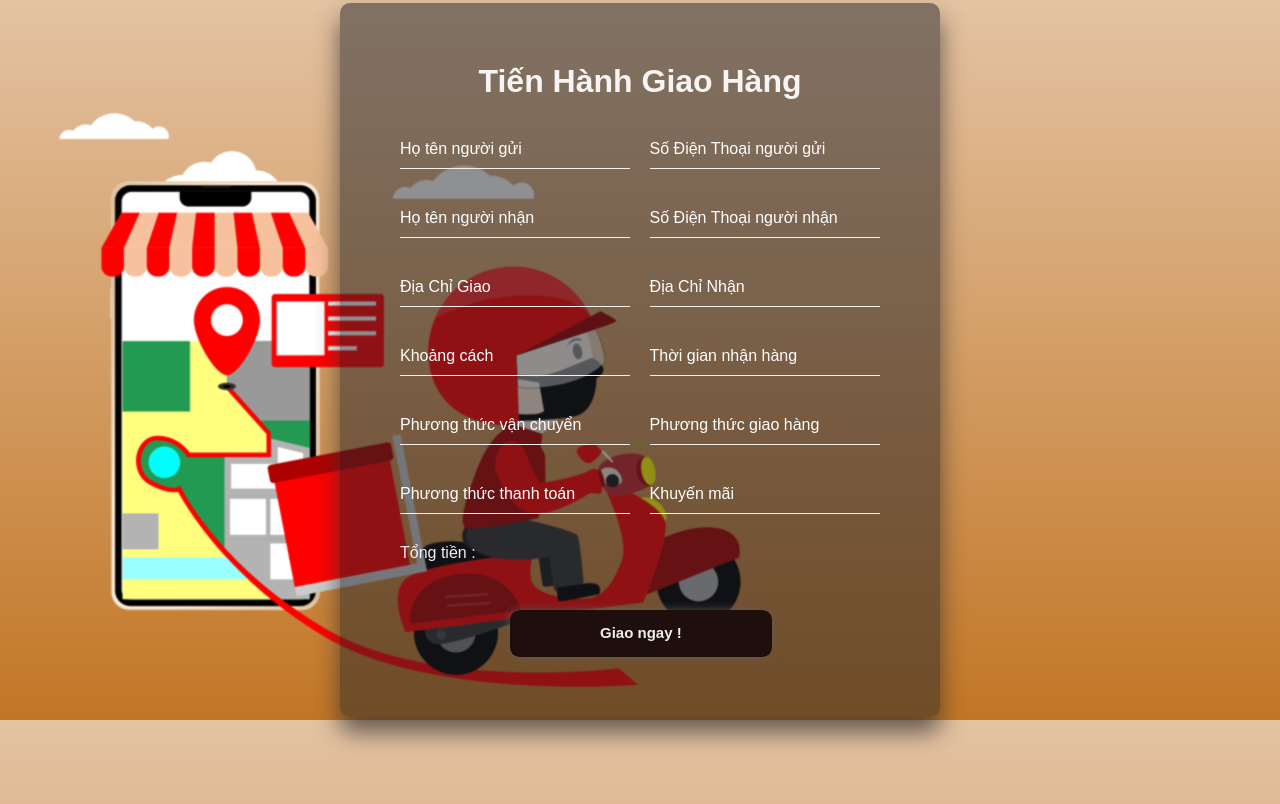
Repository: Pnguyen285/Demo
Page: Giao diện/index.html
An editor plug-in stored every save of this project. The page is shown before and after the next save, followed by the edit.
The browser window is 1280 px wide. The pictures show the whole page.

Above is the page before, as saved 2023-07-30 11:52:03.

After the next save:
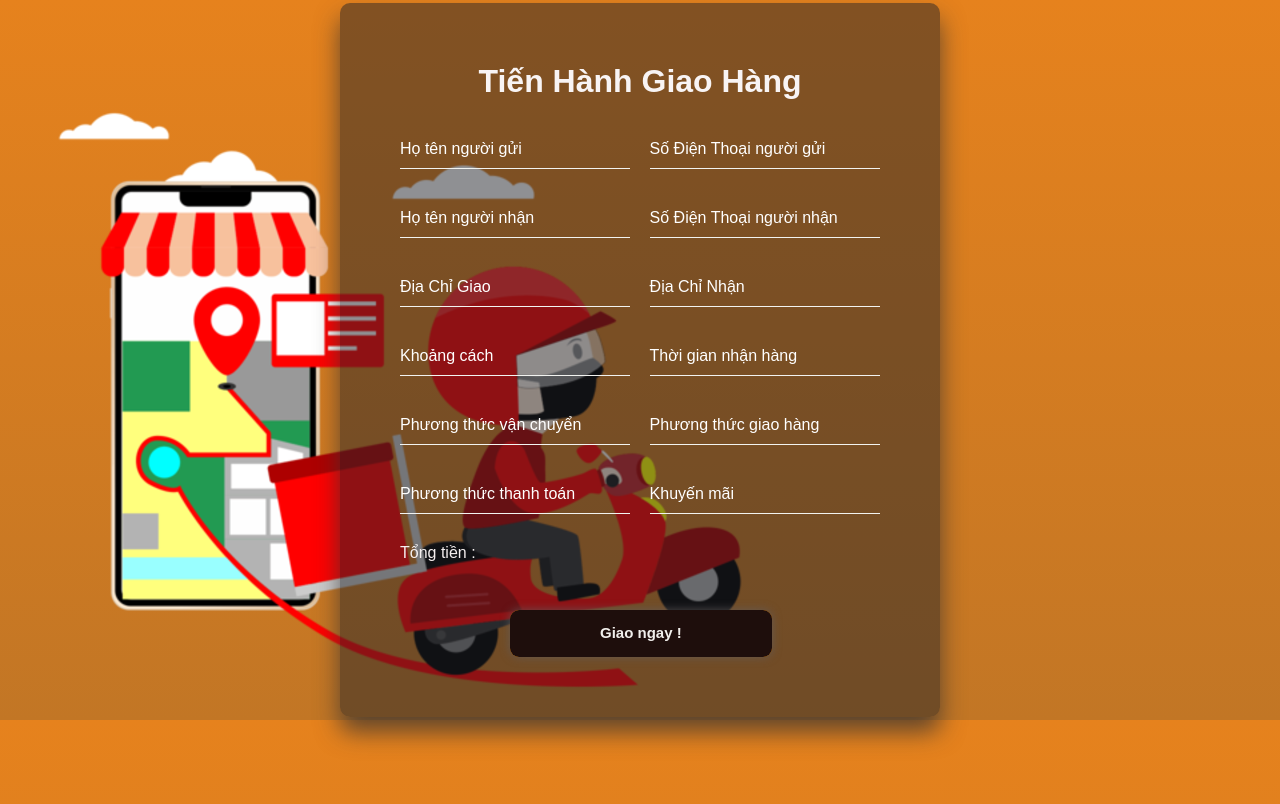
Saved 50 s later.
--- a/Giao diện/style.css
+++ b/Giao diện/style.css
@@ -5,7 +5,7 @@ body {
   margin:0;
   padding:0;
   font-family: sans-serif;
-  background: linear-gradient(#e4c3a3, #c27625);
+  background: linear-gradient(#e6821d, #c27625);
 }
 
 .login-box {
